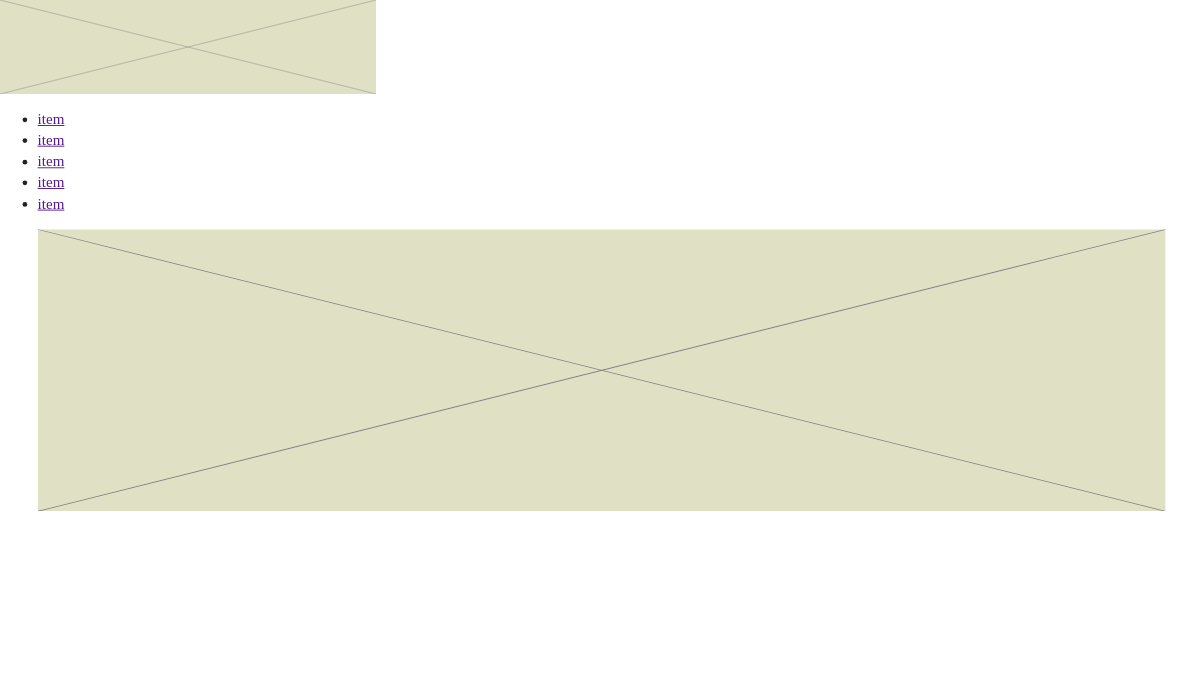
Repository: leahma1208/MDIA2003_Project1
Page: index.html
The author's editor kept a copy of each file at every save. The page is drawn from the files as they stood at one save, then again after the next save.
The browser window is 1280 px wide. The pictures show the whole page, at 94% of full size.

Above is the page before, as saved 2021-01-22 19:46:35.

### index.html
<!doctype html>
<html class="no-js" lang="">

<head>
  <meta charset="utf-8">
  <title>Leah|Lab03</title>
  <meta name="viewport" content="width=device-width, initial-scale=1">


  <link rel="manifest" href="site.webmanifest">
  <link rel="apple-touch-icon" href="icon.png">
  <!-- Place favicon.ico in the root directory -->

  <link rel="stylesheet" href="css/normalize.css">
  <link rel="stylesheet" href="css/main.css">


</head>

<body>

  <!-- Add your site or application content here -->
  <header>
    <div class="logo">
      <img src="img/placeholder.svg" alt="logo" width="400px" height="100px">
    </div>

    <nav>
      <ul>
        <li class="nav_items"><a href="" class="">item</a></li>
        <li class="nav_items"><a href="" class="">item</a></li>
        <li class="nav_items"><a href="" class="">item</a></li>
        <li class="nav_items"><a href="" class="">item</a></li>
        <li class="nav_items"><a href="" class="">item</a></li>
      </ul>
    </nav>

  </header>

  <figure>
    <div class="hero_image">
      <img src="img/placeholder.svg" alt="heroimage" width="100%" height="300px;">
    </div>
  </figure>









  <script src="js/vendor/modernizr-3.11.2.min.js"></script>
  <script src="js/plugins.js"></script>
  <script src="js/main.js"></script>

  <!-- Google Analytics: change UA-XXXXX-Y to be your site's ID. -->
  <script>
    window.ga = function () { ga.q.push(arguments) }; ga.q = []; ga.l = +new Date;
    ga('create', 'UA-XXXXX-Y', 'auto'); ga('set', 'anonymizeIp', true); ga('set', 'transport', 'beacon'); ga('send', 'pageview')
  </script>
  <script src="https://www.google-analytics.com/analytics.js" async></script>
</body>

</html>

### css/main.css
/*! HTML5 Boilerplate v8.0.0 | MIT License | https://html5boilerplate.com/ */

/* main.css 2.1.0 | MIT License | https://github.com/h5bp/main.css#readme */
/*
 * What follows is the result of much research on cross-browser styling.
 * Credit left inline and big thanks to Nicolas Gallagher, Jonathan Neal,
 * Kroc Camen, and the H5BP dev community and team.
 */

/* ==========================================================================
   Base styles: opinionated defaults
   ========================================================================== */

html {
  color: #222;
  font-size: 1em;
  line-height: 1.4;
}

/*
 * Remove text-shadow in selection highlight:
 * https://twitter.com/miketaylr/status/12228805301
 *
 * Vendor-prefixed and regular ::selection selectors cannot be combined:
 * https://stackoverflow.com/a/16982510/7133471
 *
 * Customize the background color to match your design.
 */

::-moz-selection {
  background: #b3d4fc;
  text-shadow: none;
}

::selection {
  background: #b3d4fc;
  text-shadow: none;
}

/*
 * A better looking default horizontal rule
 */

hr {
  display: block;
  height: 1px;
  border: 0;
  border-top: 1px solid #ccc;
  margin: 1em 0;
  padding: 0;
}

/*
 * Remove the gap between audio, canvas, iframes,
 * images, videos and the bottom of their containers:
 * https://github.com/h5bp/html5-boilerplate/issues/440
 */

audio,
canvas,
iframe,
img,
svg,
video {
  vertical-align: middle;
}

/*
 * Remove default fieldset styles.
 */

fieldset {
  border: 0;
  margin: 0;
  padding: 0;
}

/*
 * Allow only vertical resizing of textareas.
 */

textarea {
  resize: vertical;
}

/* ==========================================================================
   Author's custom styles
   ========================================================================== */

/* ==========================================================================
   Helper classes
   ========================================================================== */

/*
 * Hide visually and from screen readers
 */

.hidden,
[hidden] {
  display: none !important;
}

/*
 * Hide only visually, but have it available for screen readers:
 * https://snook.ca/archives/html_and_css/hiding-content-for-accessibility
 *
 * 1. For long content, line feeds are not interpreted as spaces and small width
 *    causes content to wrap 1 word per line:
 *    https://medium.com/@jessebeach/beware-smushed-off-screen-accessible-text-5952a4c2cbfe
 */

.sr-only {
  border: 0;
  clip: rect(0, 0, 0, 0);
  height: 1px;
  margin: -1px;
  overflow: hidden;
  padding: 0;
  position: absolute;
  white-space: nowrap;
  width: 1px;
  /* 1 */
}

/*
 * Extends the .sr-only class to allow the element
 * to be focusable when navigated to via the keyboard:
 * https://www.drupal.org/node/897638
 */

.sr-only.focusable:active,
.sr-only.focusable:focus {
  clip: auto;
  height: auto;
  margin: 0;
  overflow: visible;
  position: static;
  white-space: inherit;
  width: auto;
}

/*
 * Hide visually and from screen readers, but maintain layout
 */

.invisible {
  visibility: hidden;
}

/*
 * Clearfix: contain floats
 *
 * For modern browsers
 * 1. The space content is one way to avoid an Opera bug when the
 *    `contenteditable` attribute is included anywhere else in the document.
 *    Otherwise it causes space to appear at the top and bottom of elements
 *    that receive the `clearfix` class.
 * 2. The use of `table` rather than `block` is only necessary if using
 *    `:before` to contain the top-margins of child elements.
 */

.clearfix::before,
.clearfix::after {
  content: " ";
  display: table;
}

.clearfix::after {
  clear: both;
}

/* ==========================================================================
   EXAMPLE Media Queries for Responsive Design.
   These examples override the primary ('mobile first') styles.
   Modify as content requires.
   ========================================================================== */

@media only screen and (min-width: 35em) {
  /* Style adjustments for viewports that meet the condition */
}

@media print,
  (-webkit-min-device-pixel-ratio: 1.25),
  (min-resolution: 1.25dppx),
  (min-resolution: 120dpi) {
  /* Style adjustments for high resolution devices */
}

/* ==========================================================================
   Print styles.
   Inlined to avoid the additional HTTP request:
   https://www.phpied.com/delay-loading-your-print-css/
   ========================================================================== */

@media print {
  *,
  *::before,
  *::after {
    background: #fff !important;
    color: #000 !important;
    /* Black prints faster */
    box-shadow: none !important;
    text-shadow: none !important;
  }

  a,
  a:visited {
    text-decoration: underline;
  }

  a[href]::after {
    content: " (" attr(href) ")";
  }

  abbr[title]::after {
    content: " (" attr(title) ")";
  }

  /*
   * Don't show links that are fragment identifiers,
   * or use the `javascript:` pseudo protocol
   */
  a[href^="#"]::after,
  a[href^="javascript:"]::after {
    content: "";
  }

  pre {
    white-space: pre-wrap !important;
  }

  pre,
  blockquote {
    border: 1px solid #999;
    page-break-inside: avoid;
  }

  /*
   * Printing Tables:
   * https://web.archive.org/web/20180815150934/http://css-discuss.incutio.com/wiki/Printing_Tables
   */
  thead {
    display: table-header-group;
  }

  tr,
  img {
    page-break-inside: avoid;
  }

  p,
  h2,
  h3 {
    orphans: 3;
    widows: 3;
  }

  h2,
  h3 {
    page-break-after: avoid;
  }
}

### js/plugins.js
// Avoid `console` errors in browsers that lack a console.
(function() {
  var method;
  var noop = function () {};
  var methods = [
    'assert', 'clear', 'count', 'debug', 'dir', 'dirxml', 'error',
    'exception', 'group', 'groupCollapsed', 'groupEnd', 'info', 'log',
    'markTimeline', 'profile', 'profileEnd', 'table', 'time', 'timeEnd',
    'timeline', 'timelineEnd', 'timeStamp', 'trace', 'warn'
  ];
  var length = methods.length;
  var console = (window.console = window.console || {});

  while (length--) {
    method = methods[length];

    // Only stub undefined methods.
    if (!console[method]) {
      console[method] = noop;
    }
  }
}());

// Place any jQuery/helper plugins in here.

Loaded but not shown: css/normalize.css (library); js/vendor/modernizr-3.11.2.min.js (library); js/main.js (no stored copy; drawn as an empty file)

After the next save:
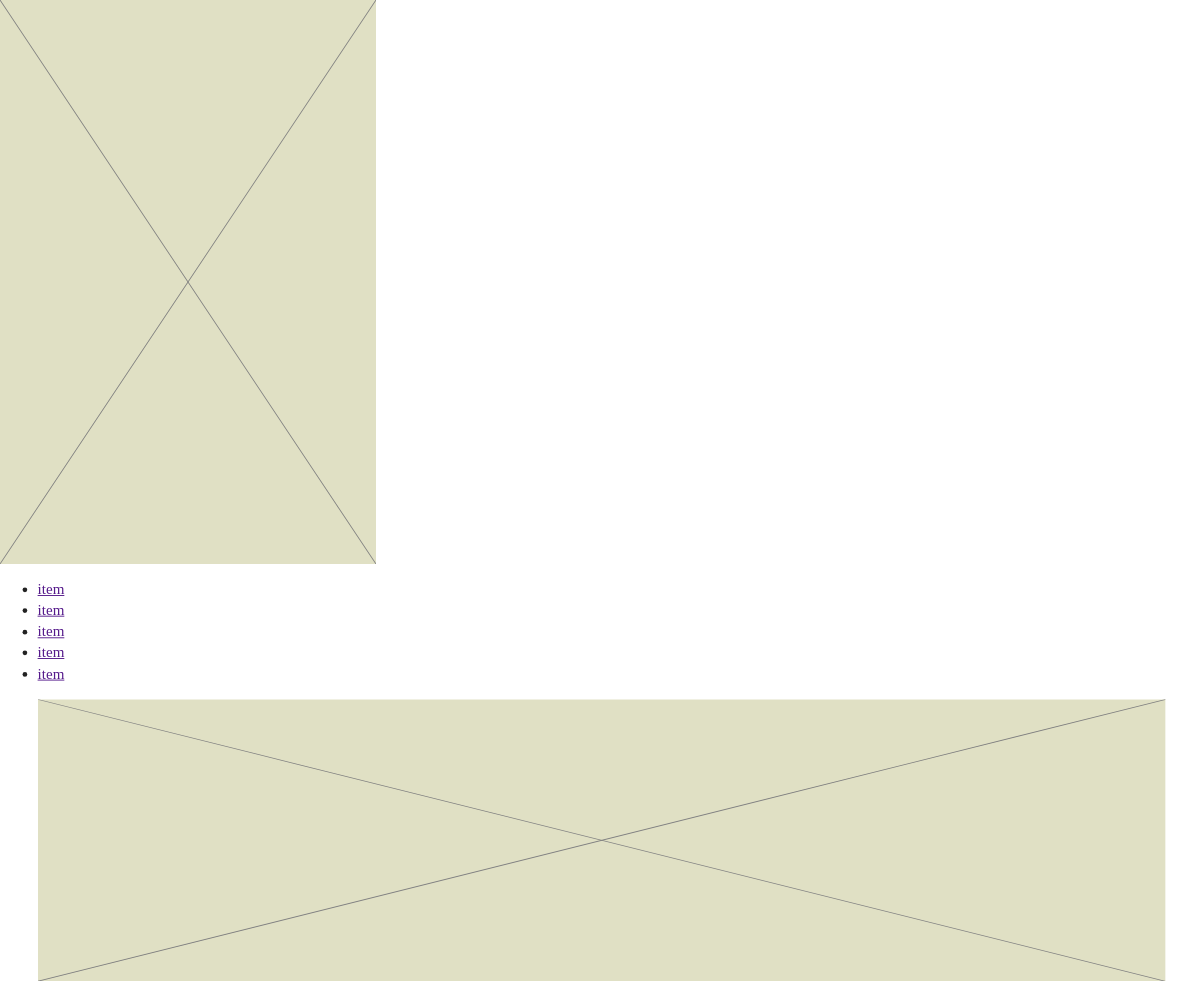
Saved 19 s later.
--- a/index.html
+++ b/index.html
@@ -22,7 +22,7 @@
   <!-- Add your site or application content here -->
   <header>
     <div class="logo">
-      <img src="img/placeholder.svg" alt="logo" width="400px" height="100px">
+      <img src="img/placeholder.svg" alt="logo" width="400px" height="600px">
     </div>
 
     <nav>
